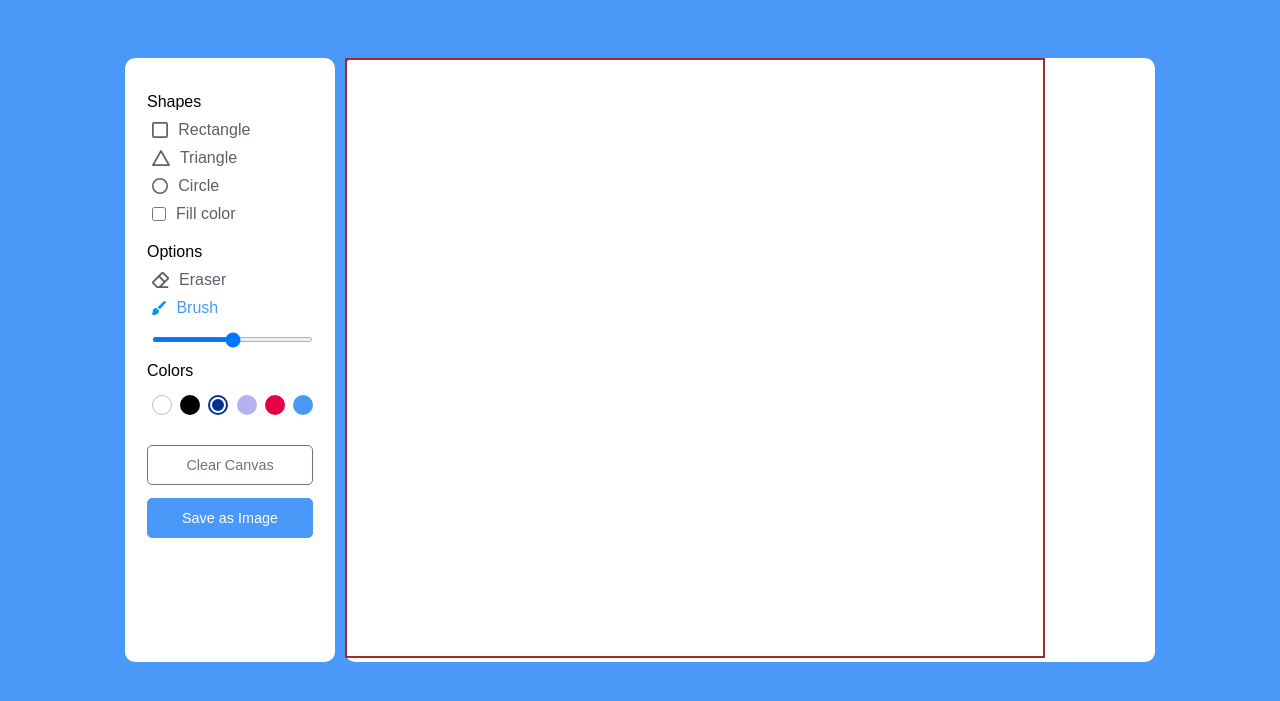
Repository: mdsajib50/Drawing-app
Page: index.html
The author's editor kept a copy of each file at every save. The page is drawn from the files as they stood at one save, then again after the next save.
The browser window is 1280 px wide. The pictures show the whole page.

Above is the page before, as saved 2025-02-25 23:43:08.

After the next save:
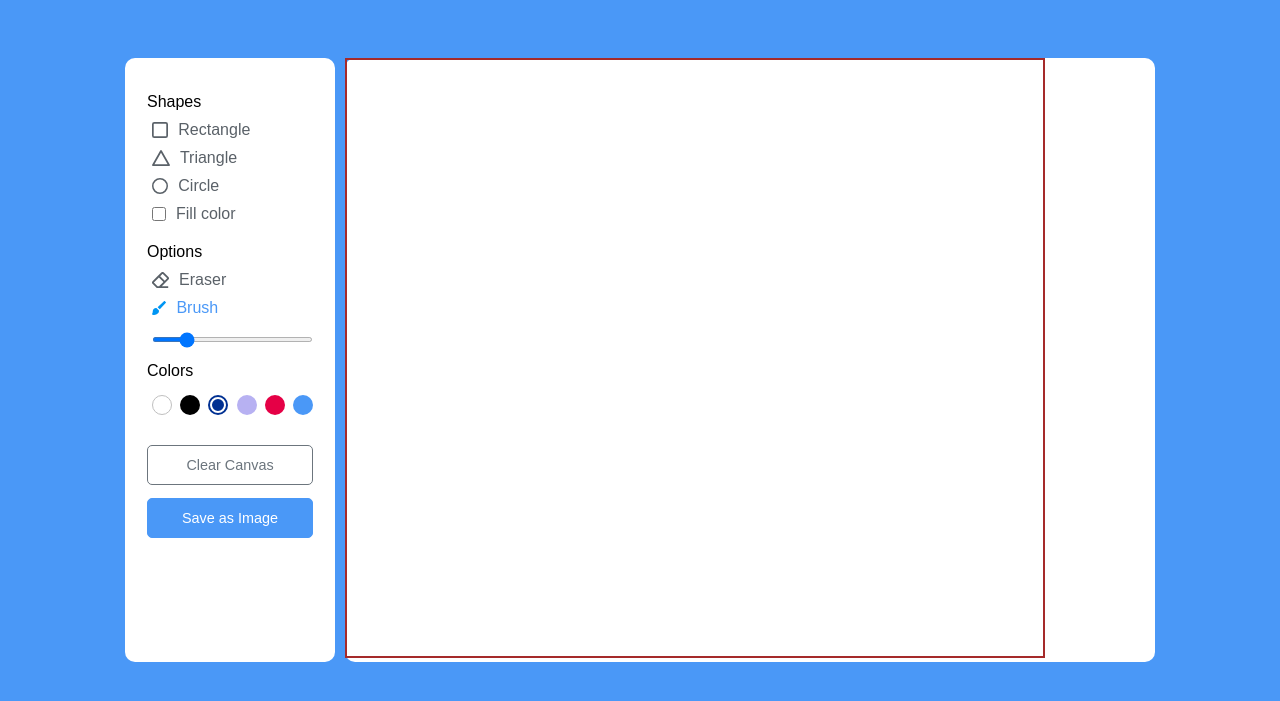
Saved 6 s later.
--- a/index.html
+++ b/index.html
@@ -43,7 +43,7 @@
                         <span>Brush</span>
                     </li>
                     <li class="option">
-                        <input type="range" name="" id="size-slider" >
+                        <input type="range" name="" id="size-slider" min="1" max="50" value="10">
                     </li>
                    </ul>
                 </div>
